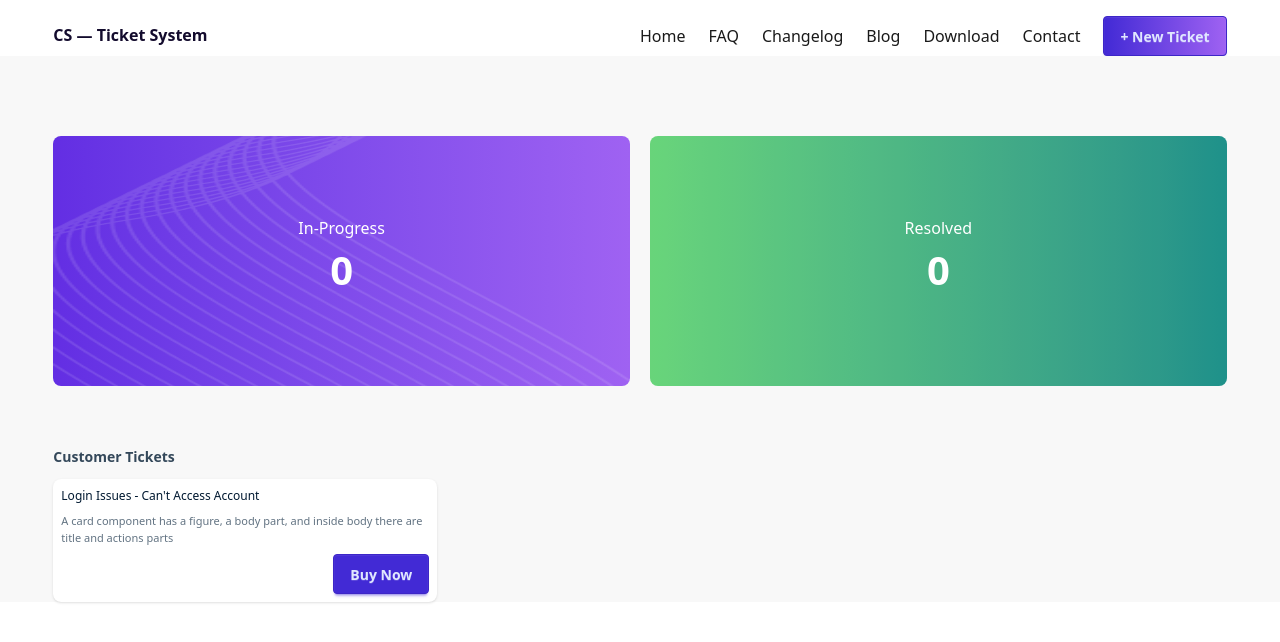
Repository: SanjidaSnigdha/Customer-Support-Zone
Page: /
These files come from the project's save history. The page is drawn as it stood at one moment and after the next save; the edit follows.
The browser window is 1280 px wide. The pictures show the whole page.
The project was rebuilt for these pictures with package versions that can differ from the ones it lists, and the page was loaded fresh each time. Also part of the build but not shown: vite.config.js, src/App.css.

Above is the page before, as saved 2026-03-24 03:28:06.

### index.html
<!doctype html>
<html lang="en">
  <head>
    <meta charset="UTF-8" />
    <link rel="icon" type="image/svg+xml" href="/favicon.svg" />
    <meta name="viewport" content="width=device-width, initial-scale=1.0" />
    <title>customer-support-zone</title>
  </head>
  <body>
    <div id="root"></div>
    <script type="module" src="/src/main.jsx"></script>
  </body>
</html>

### src/index.css
 @import "tailwindcss";
 @plugin "daisyui" {
  themes: light --default, dark --prefersdark;
  themes: light --default;
 }

### src/App.jsx
import { Suspense, useState } from 'react'
import './App.css'
import Navbar from './component/Navbar/Navbar'
import Banner from './component/Banner/Banner'
import CustomerTickets from './component/CustomerTickets/CustomerTickets'

const fetchTickets = async()=>{
  const res = await fetch("/customers.json")
  return res.json()
}

function App() {
  const customerPromise = fetchTickets()

  return (
    <>
    <div className='flex flex-col'>
   <Navbar></Navbar>
   <div className='flex-1 bg-base-200'>
    <Banner></Banner>
    <Suspense fallback={<span className="loading loading-spinner loading-xl"></span>
}>
          <CustomerTickets customerPromise={customerPromise}></CustomerTickets>

    </Suspense>
   </div>
   </div>

    </>
  )
}

export default App

### src/component/Navbar/Navbar.jsx
import React from 'react';

const Navbar = () => {
    return (
        <div className='flex justify-between w-11/12 mx-auto mt-4'>
            <div className='navbar-start'>
                <h1 className='w-[833px] h-[26px] font-bold text-[#130B2D]'>CS — Ticket System</h1>
            </div>
            <div className='navbar-end justify-between gap-3 text-[#000000]/90'>
                <a>Home</a>
                <a>FAQ</a>
                <a>Changelog</a>
                <a>Blog</a>
                <a>Download</a>
                <a>Contact</a>
         <button className='btn btn-primary bg-gradient-to-r from [#632EE3] to-[#9F62F2]'>+ New Ticket</button>
            </div>
        </div>
    );
};

export default Navbar;

### src/component/Banner/Banner.jsx
import React from 'react';
import vectorImg1 from '../../assets/vector1.png'
import vectorImg2 from '../../assets/vector2.png'

const Banner = () => {
    return (
        <div className='flex justify-between w-11/12 mx-auto mt-20 gap-5'>
            <div className='relative'>
             <img src={vectorImg1} alt="" className=' bg-gradient-to-r from-[#632EE3] to-[#9F62F2] w-[700px] h-[250px] rounded-[8px]'/>
             <p className='absolute text-center inset-20 text-[#FFFFFF]'>In-Progress<br /><span className='font-bold text-[#FFFFFF] text-[40px]'>
                0</span></p>

            </div>
            <div className='relative'>
      <img src={vectorImg2} alt="" className='bg-gradient-to-r from-[#54CF68] to-[#00827A] w-[700px] h-[250px] rounded-[8px]'/>
        <p className='absolute text-center inset-20 text-[#FFFFFF]'>Resolved<br /><span className='font-bold text-[#FFFFFF] text-[40px]'>
                0</span></p>

            </div>
        </div>
    );
};

export default Banner;

### src/component/CustomerTickets/CustomerTickets.jsx
import React, { use } from 'react';
const CustomerTickets = ({customerPromise}) => {
    const customerTicket = use(customerPromise)
    console.log(customerTicket)
    return (
        <div className='w-11/12 mx-auto'>
        <h1 className='font-semibold text-[#34485A] text-[14px] mt-15'>Customer Tickets</h1>

       <div className="card w-96 bg-base-100 card-xs shadow-sm mt-3">
  <div className="card-body">
    <h2 className="card-title text-[#001931] font-medium text-[12px]">Login Issues - Can't Access Account</h2>
    <p className='text-[#627382]'>A card component has a figure, a body part, and inside body there are title and actions parts</p>
    <div className="justify-end card-actions">
      <button className="btn btn-primary">Buy Now</button>
    </div>
  </div>
</div>
        </div>
    );
};

export default CustomerTickets;

### public/customers.json
[
  {
    "id": 1,
    "title": "Login Issue",
    "description": "Customer unable to login with correct credentials.",
    "customer": "Alice Johnson",
    "priority": "High",
    "status": "Open",
    "createdAt": "2026-03-20T10:15:00Z"
  },
  {
    "id": 2,
    "title": "Payment Failure",
    "description": "Transaction failed while trying to purchase subscription.",
    "customer": "Bob Smith",
    "priority": "High",
    "status": "Pending",
    "createdAt": "2026-03-21T14:22:00Z"
  },
  {
    "id": 3,
    "title": "Feature Request",
    "description": "Request to add dark mode in dashboard.",
    "customer": "Charlie Brown",
    "priority": "Medium",
    "status": "Open",
    "createdAt": "2026-03-22T09:30:00Z"
  },
  {
    "id": 4,
    "title": "Bug in Reports",
    "description": "Monthly report shows incorrect sales numbers.",
    "customer": "Diana Prince",
    "priority": "High",
    "status": "In Progress",
    "createdAt": "2026-03-22T11:45:00Z"
  },
  {
    "id": 5,
    "title": "Password Reset",
    "description": "Customer forgot password and cannot reset it via email.",
    "customer": "Ethan Hunt",
    "priority": "Medium",
    "status": "Resolved",
    "createdAt": "2026-03-23T08:10:00Z"
  },
  {
    "id": 6,
    "title": "Account Deactivation",
    "description": "Customer wants to deactivate account permanently.",
    "customer": "Fiona Gallagher",
    "priority": "Low",
    "status": "Pending",
    "createdAt": "2026-03-23T12:05:00Z"
  },
  {
    "id": 7,
    "title": "App Crash",
    "description": "Mobile app crashes when opening settings page.",
    "customer": "George Martin",
    "priority": "High",
    "status": "Open",
    "createdAt": "2026-03-24T07:50:00Z"
  },
  {
    "id": 8,
    "title": "Invoice Issue",
    "description": "Invoice generated shows wrong billing amount.",
    "customer": "Hannah Lee",
    "priority": "Medium",
    "status": "In Progress",
    "createdAt": "2026-03-24T09:30:00Z"
  },
  {
    "id": 9,
    "title": "Email Notifications",
    "description": "Customer not receiving notification emails.",
    "customer": "Ian Curtis",
    "priority": "Medium",
    "status": "Open",
    "createdAt": "2026-03-24T10:00:00Z"
  },
  {
    "id": 10,
    "title": "Data Export",
    "description": "Unable to export CSV from analytics dashboard.",
    "customer": "Jessica Alba",
    "priority": "Low",
    "status": "Resolved",
    "createdAt": "2026-03-24T11:15:00Z"
  }
]

Loaded but not shown: src/main.jsx (common file)

After the next save:
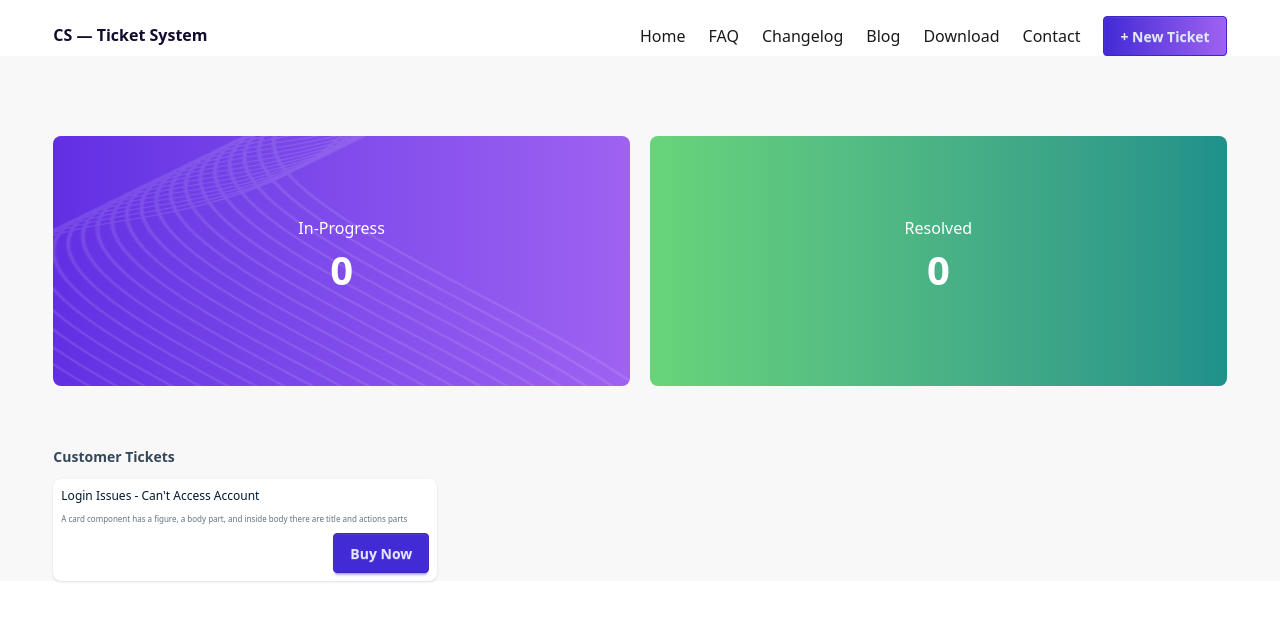
Saved 29 s later.
--- a/src/component/CustomerTickets/CustomerTickets.jsx
+++ b/src/component/CustomerTickets/CustomerTickets.jsx
@@ -9,7 +9,7 @@ const CustomerTickets = ({customerPromise}) => {
        <div className="card w-96 bg-base-100 card-xs shadow-sm mt-3">
   <div className="card-body">
     <h2 className="card-title text-[#001931] font-medium text-[12px]">Login Issues - Can't Access Account</h2>
-    <p className='text-[#627382]'>A card component has a figure, a body part, and inside body there are title and actions parts</p>
+    <p className='text-[#627382] text-[8px]'>A card component has a figure, a body part, and inside body there are title and actions parts</p>
     <div className="justify-end card-actions">
       <button className="btn btn-primary">Buy Now</button>
     </div>
